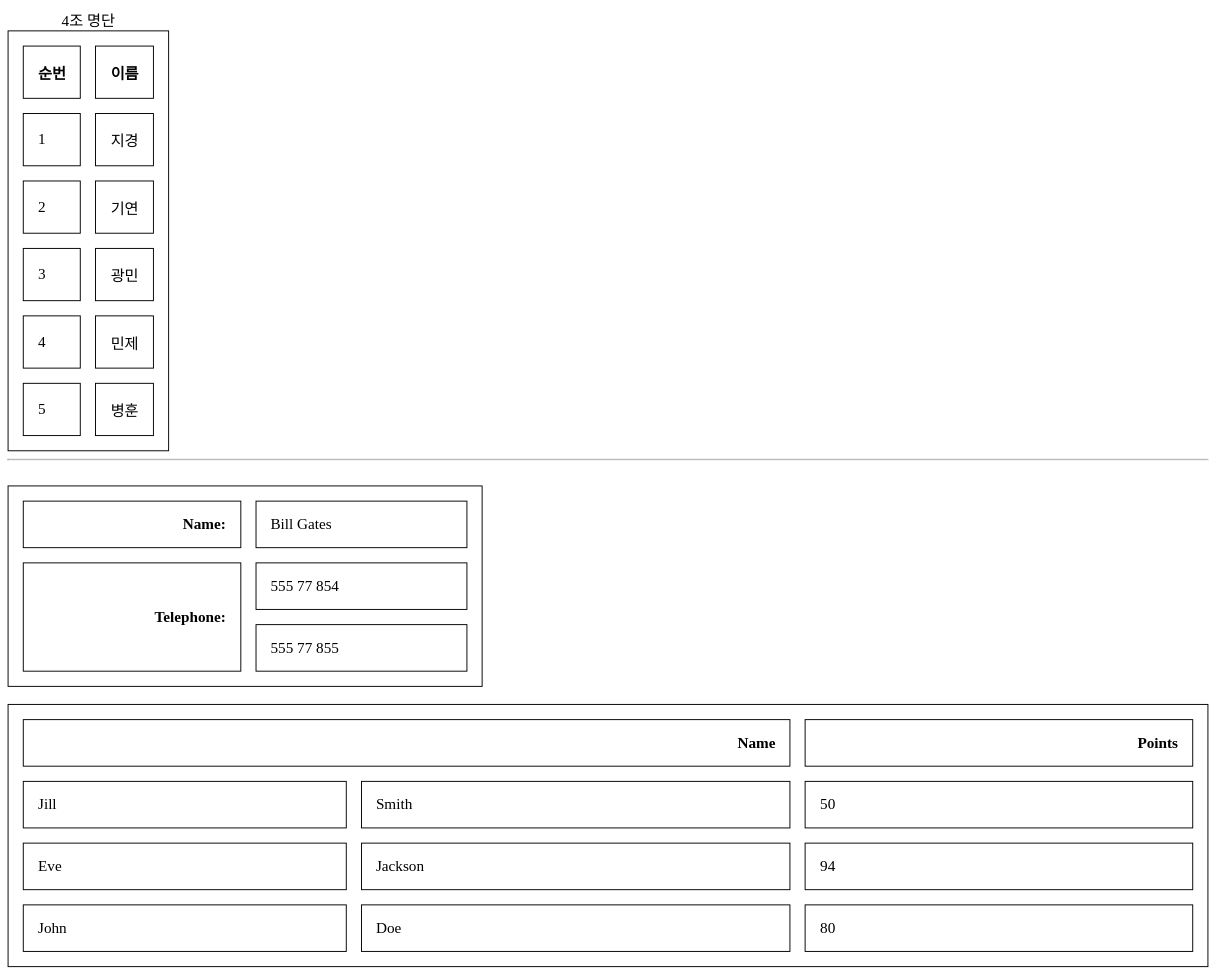
Repository: BaekJiGyeong/JSP
Page: http://localhost/AA_HelloJSP/exercise.jsp
An editor plug-in stored every save of this project. The page is shown before and after the next save, followed by the edit.
The browser window is 1280 px wide. The pictures show the whole page, at 95% of full size.
The page is served by Tomcat 9.

Above is the page before, as saved 2016-02-02 10:55:07.

### AA_HelloJSP/WebContent/exercise.jsp
<%@ page language="java" contentType="text/html; charset=UTF-8"
	pageEncoding="UTF-8"%>

<%
	String[] names = new String[] { "지경", "기연", "광민", "민제", "병훈" };
%>

<!DOCTYPE html >
<html>
<head>
<style>
table, th, td {
	border: 1px solid black;
	/*border-collapse: collapse;*/
	border-spacing: 15px;
}

th, td {
	padding: 15px;
}
th {
    text-align: right;
}
</style>
<meta http-equiv="Content-Type" content="text/html; charset=UTF-8">
<title>지경이 JSP연습</title>

</head>
<body>

	<table>
		<caption>4조 명단</caption>
		<tr>
			<th>순번</th>
			<th>이름</th>
		</tr>
		<%
			for (int i = 0; i < 5; i++) {
		%>
		<tr>
			<td><%=i + 1%></td>
			<td><%=names[i]%></td>
		</tr>
		<%
			}
		%>

	</table>

	<hr />
	<br />
	<table style="width: 500px">
		<tr>
			<th>Name:</th>
			<td>Bill Gates</td>
		</tr>
		<tr>
			<th rowspan="2">Telephone:</th>
			<td>555 77 854</td>
		</tr>
		<tr>
			<td>555 77 855</td>
		</tr>
	</table>
	<br />
	<table style="width: 100%">
		<tr>
			<th colspan="2">Name</th>
			<th>Points</th>
		</tr>
		<tr>
			<td>Jill</td>
			<td>Smith</td>
			<td>50</td>
		</tr>
		<tr>
			<td>Eve</td>
			<td>Jackson</td>
			<td>94</td>
		</tr>
		<tr>
			<td>John</td>
			<td>Doe</td>
			<td>80</td>
		</tr>
	</table>




</body>
</html>

After the next save:
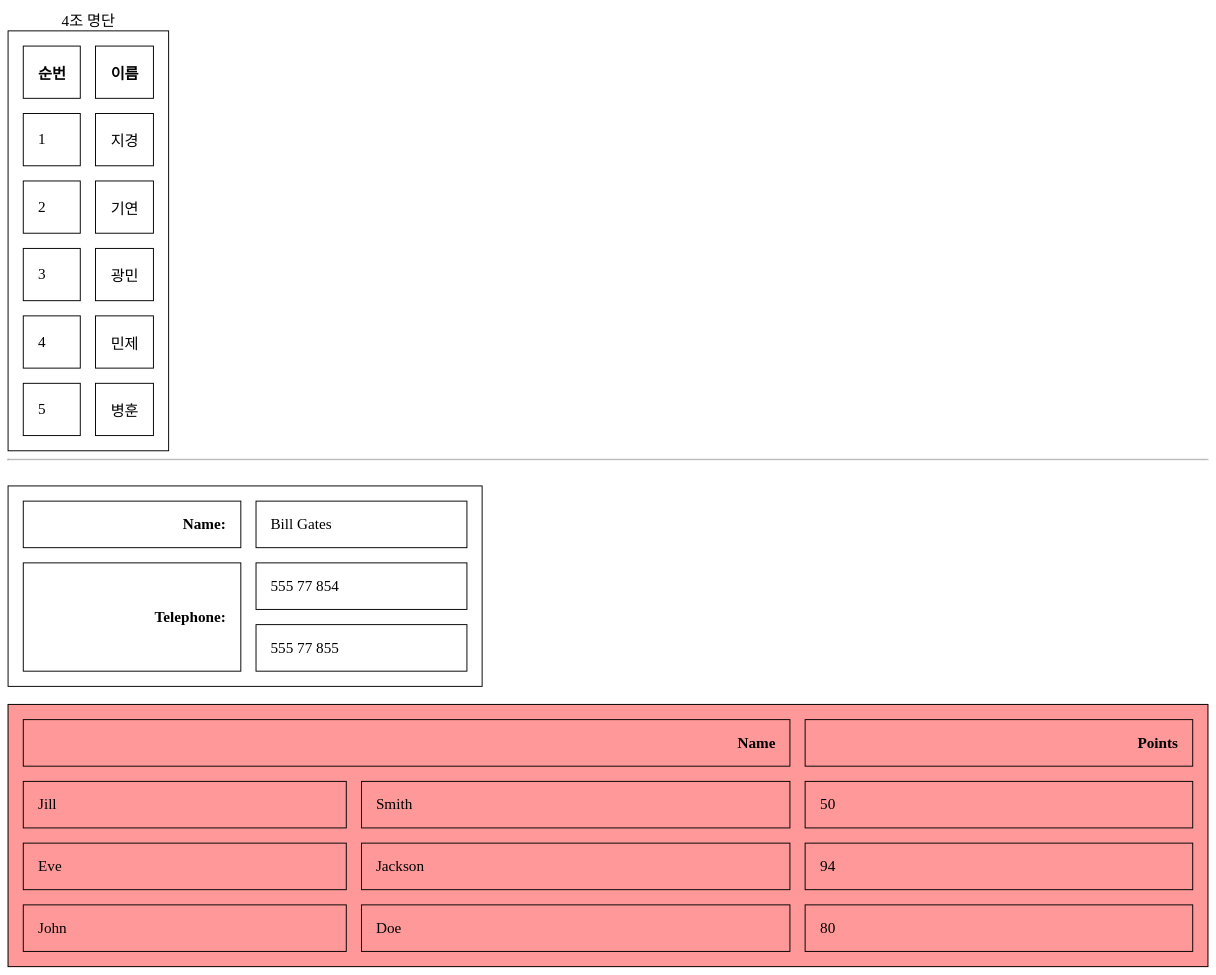
Saved 6 min 10 s later.
--- a/AA_HelloJSP/WebContent/exercise.jsp
+++ b/AA_HelloJSP/WebContent/exercise.jsp
@@ -20,6 +20,10 @@ th, td {
 }
 th {
     text-align: right;
+}
+table#t01 {
+    width: 100%;
+    background-color: #ff9999;
 }
 </style>
 <meta http-equiv="Content-Type" content="text/html; charset=UTF-8">
@@ -63,7 +67,7 @@ th {
 		</tr>
 	</table>
 	<br />
-	<table style="width: 100%">
+	<table id= "t01" >
 		<tr>
 			<th colspan="2">Name</th>
 			<th>Points</th>
